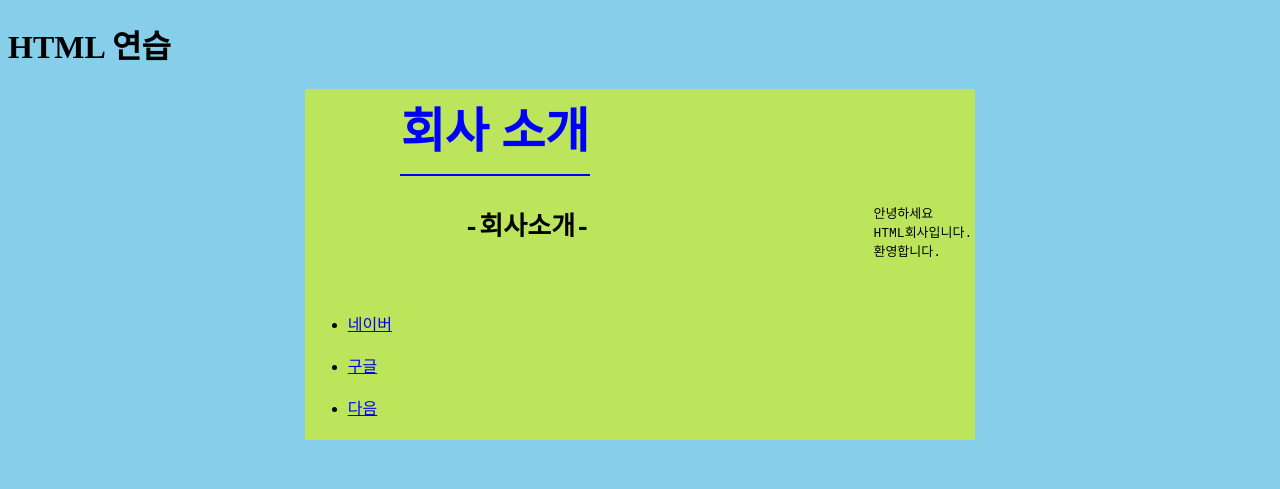
Repository: leeseungho1994/test09
Page: html/NewFile.html
An editor plug-in stored every save of this project. The page is shown before and after the next save, followed by the edit.
The browser window is 1280 px wide. The pictures show the whole page.

Above is the page before, as saved 2020-10-29 09:17:49.

After the next save:
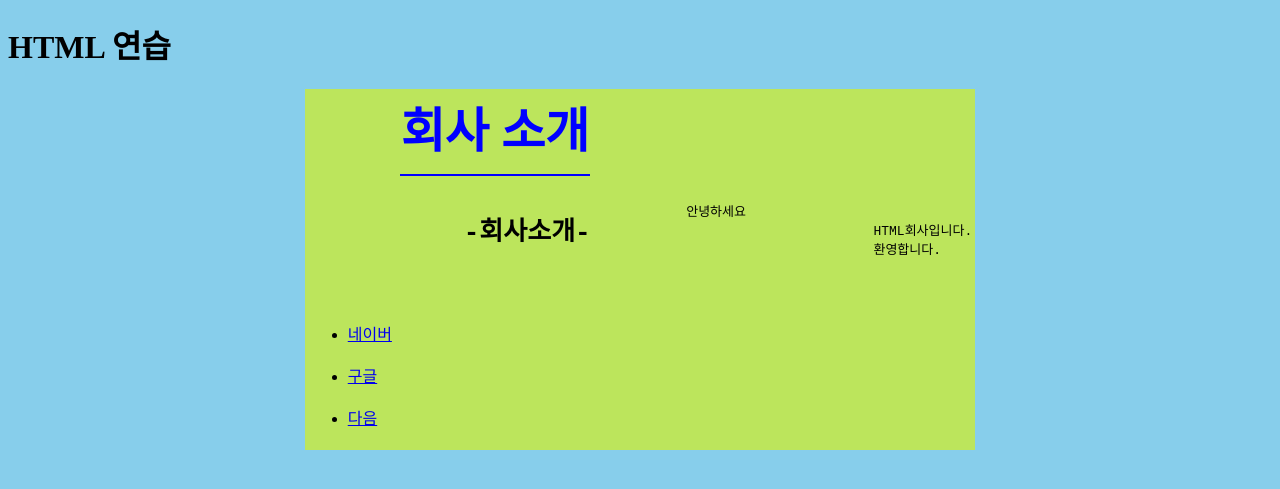
Saved 8 s later.
--- a/html/NewFile.html
+++ b/html/NewFile.html
@@ -16,10 +16,10 @@
 		</tr>
 		<tr>
 			<td><pre><h1>	  -회사소개-
-			</h2></pre></td><td><pre>
-			안녕하세요
+			</h2></pre></td><td><pre>안녕하세요
 			HTML회사입니다.
 			환영합니다.
+
 				</pre>
 				</td>
 		</tr>

After the save that followed:
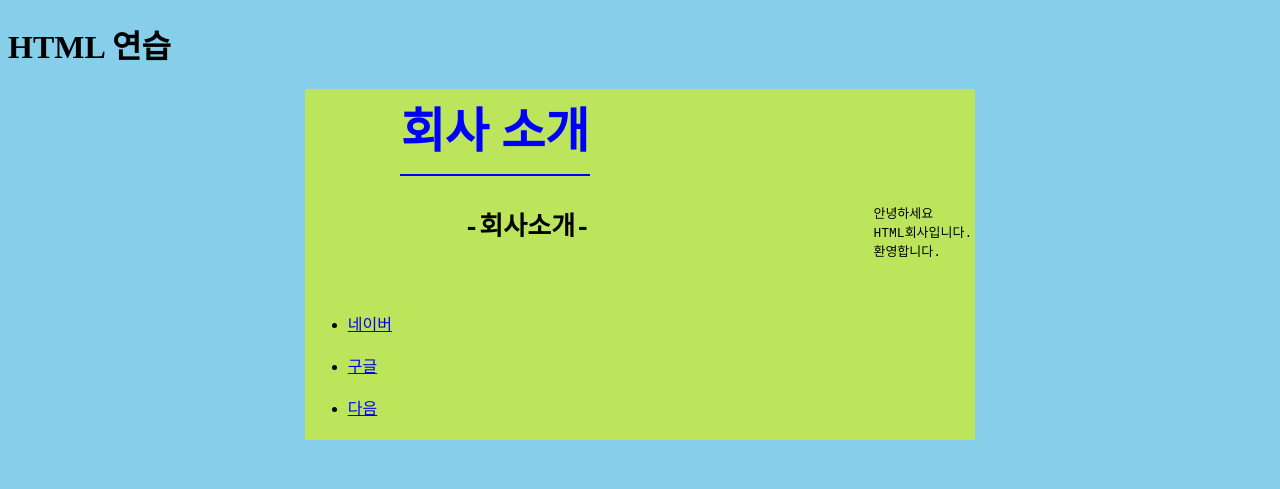
Saved 15 s later.
--- a/html/NewFile.html
+++ b/html/NewFile.html
@@ -16,10 +16,10 @@
 		</tr>
 		<tr>
 			<td><pre><h1>	  -회사소개-
-			</h2></pre></td><td><pre>안녕하세요
+			</h2></pre></td><td><pre>
+			안녕하세요
 			HTML회사입니다.
 			환영합니다.
-
 				</pre>
 				</td>
 		</tr>
